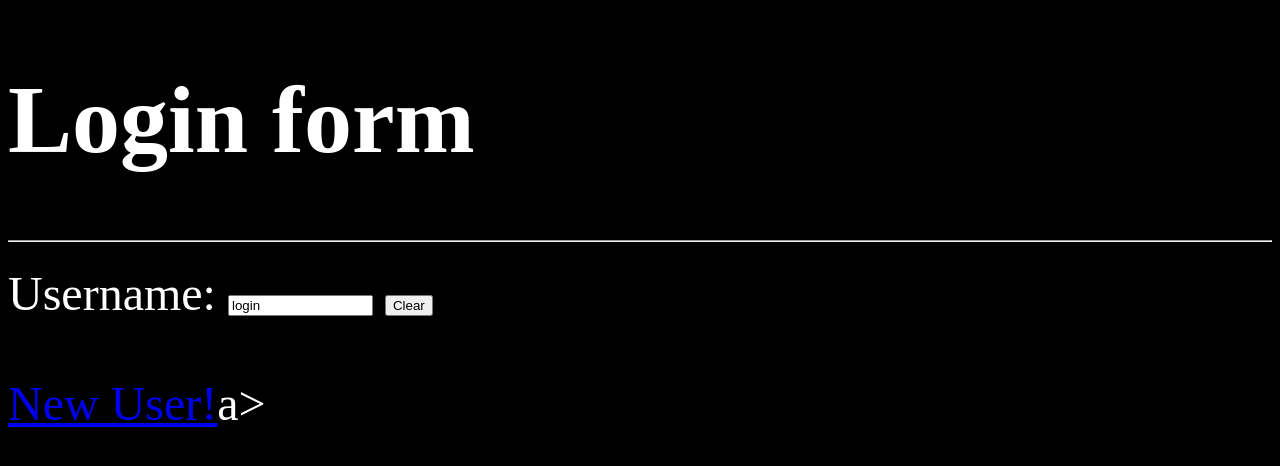
Repository: neerajagrrawal/Day8
Page: LoginApplication/WebContent/login.html
The author's editor kept a copy of each file at every save. The page is drawn from the files as they stood at one save, then again after the next save.
The browser window is 1280 px wide. The pictures show the whole page.

Above is the page before, as saved 2018-09-05 10:27:29.

### LoginApplication/WebContent/login.html
<!DOCTYPE html>
<html>
<head>
<meta charset="ISO-8859-1">
<title>Insert title here</title>
</head>
<body bgcolor="black">
<font color="white" size="11">
<h1>Login form</h1>
<hr>
<form action="login" method="post">
<label>Username: </label>
<input type="text" name="password" size="15>
<br><br>
<input type="submit" value="login"/>
<input type="reset" value="Clear"/>
<br><br>
<a href="registration.html">New User!</a>a>
</form>

</body>
</html>

After the next save:
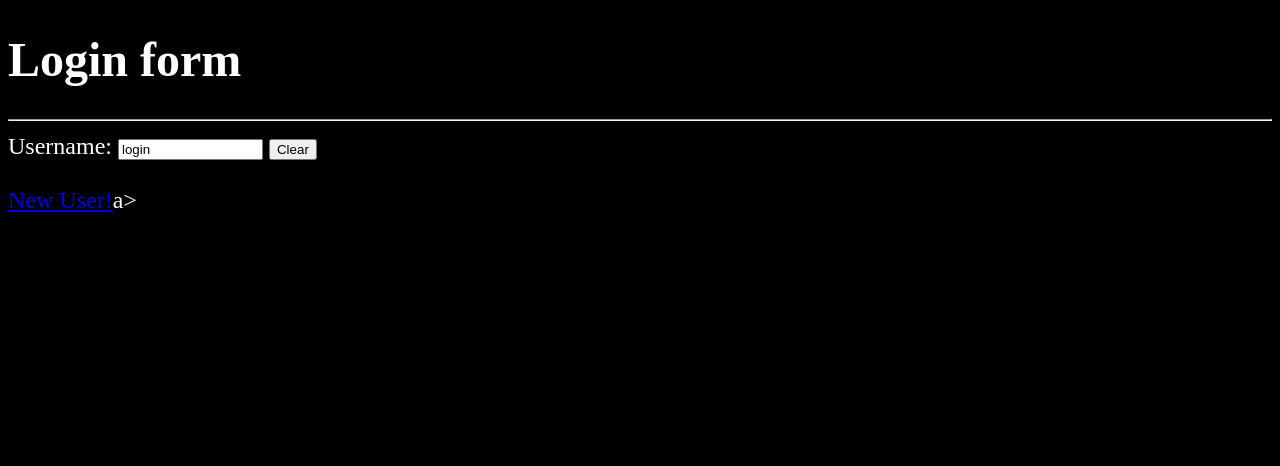
Saved 53 s later.
--- a/LoginApplication/WebContent/login.html
+++ b/LoginApplication/WebContent/login.html
@@ -5,7 +5,7 @@
 <title>Insert title here</title>
 </head>
 <body bgcolor="black">
-<font color="white" size="11">
+<font color="white" size="5">
 <h1>Login form</h1>
 <hr>
 <form action="login" method="post">
